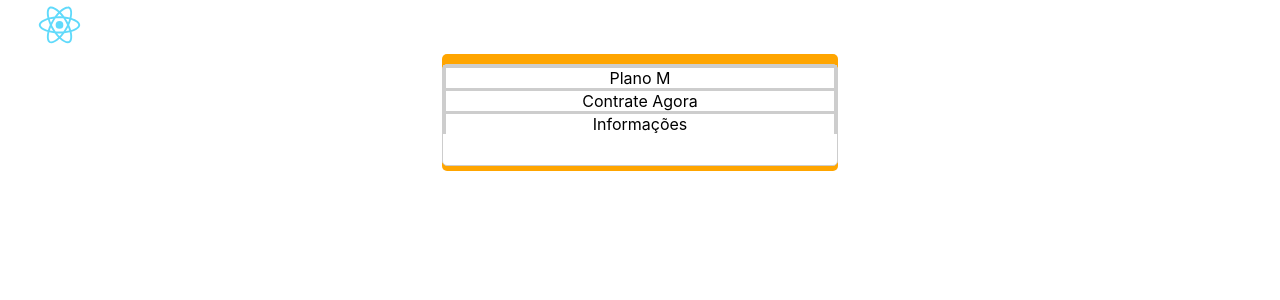
Repository: gatomazi/hostgatorFrontend
Page: /
These files come from the project's save history. The page is drawn as it stood at one moment and after the next save; the edit follows.
The browser window is 1280 px wide. The pictures show the whole page.
The project was rebuilt for these pictures with package versions that can differ from the ones it lists, and the page was loaded fresh each time.

Above is the page before, as saved 2020-01-24 10:30:01.

After the next save:
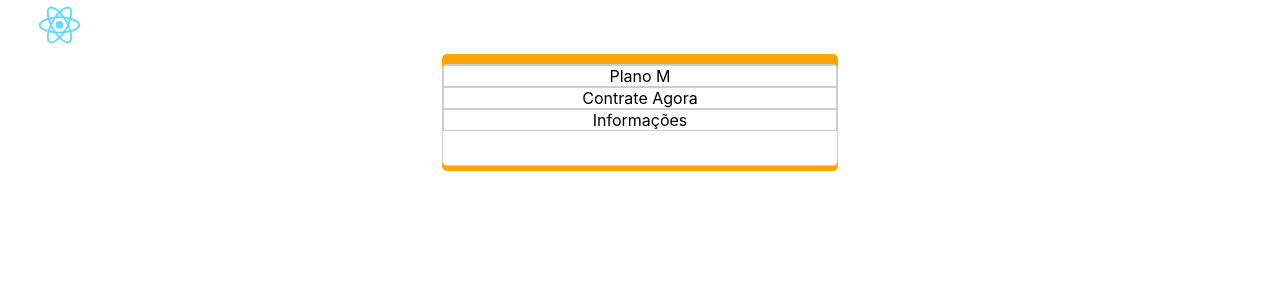
Saved 6 s later.
--- a/src/components/Plano.js
+++ b/src/components/Plano.js
@@ -25,7 +25,7 @@ const useStyles = makeStyles(theme => ({
   insideDivisor: {
     borderColor: "#cdcdcd",
     borderStyle: "solid",
-    borderBottom: 0.5
+    border: 0.5
   }
 }));
 
